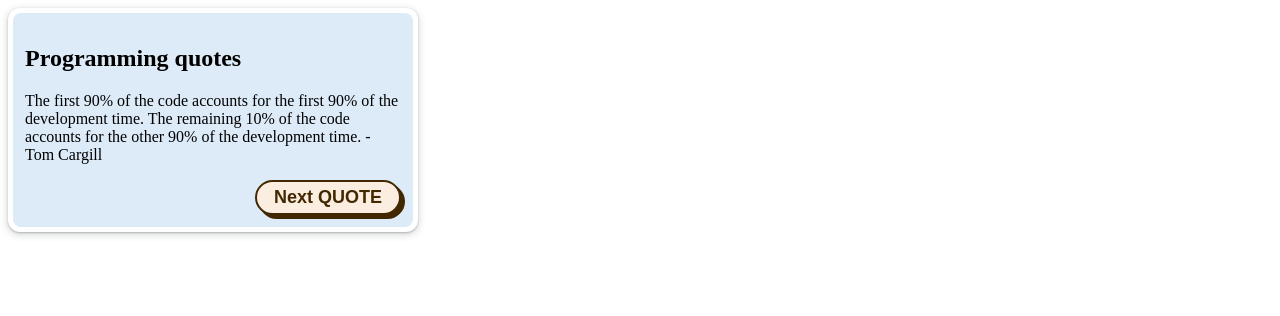
Repository: JasonMorta/programingQuotes-chromeExtension
Page: popup.html
These files come from the project's save history. The page is drawn as it stood at one moment and after the next save; the edit follows.
The browser window is 1280 px wide. The pictures show the whole page.

Above is the page before, as saved 2023-05-07 13:24:49.

After the next save:
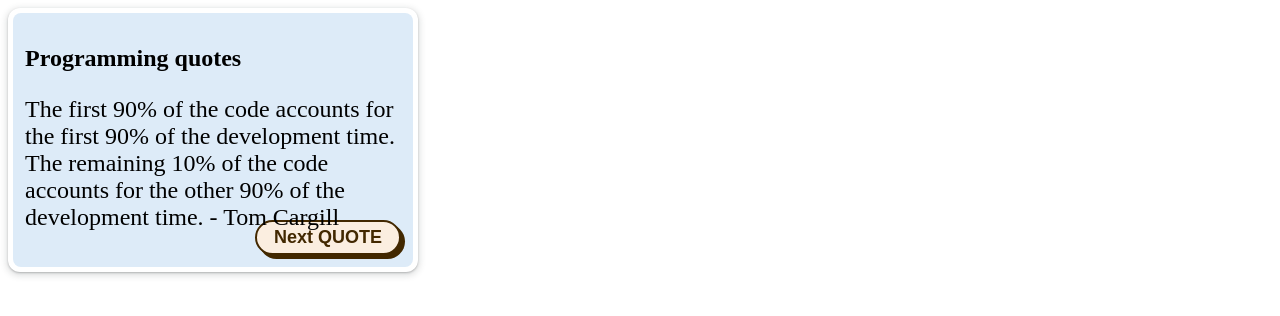
Saved 3 s later.
--- a/content.css
+++ b/content.css
@@ -27,3 +27,9 @@
       border-radius: 8px;
       background-color: #ddebf8;
     }
+
+
+.para {
+    font-size: x-large;
+    height: 100px;
+}
